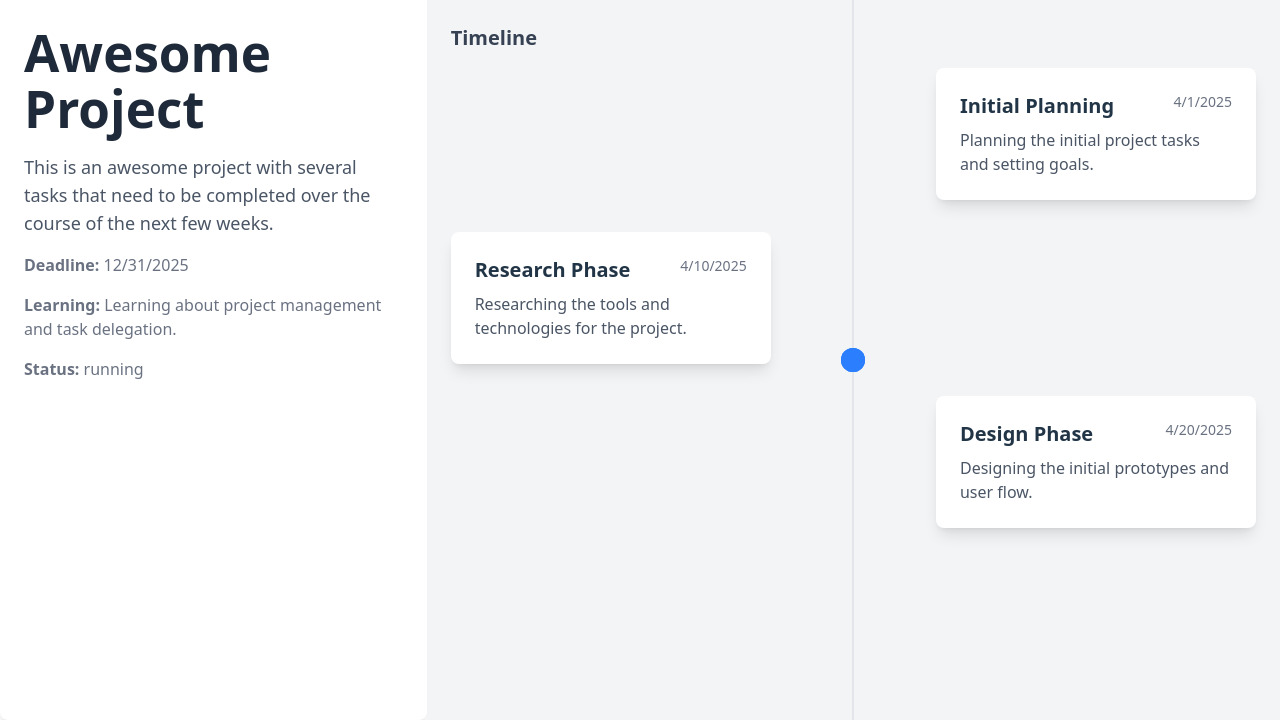
Repository: mohitagrawal0412/Workify
Page: /projectDetails (app in client/)
An editor plug-in stored every save of this project. The page is shown before and after the next save, followed by the edit.
The browser window is 1280 px wide. The pictures show the whole page.
The project was rebuilt for these pictures with package versions that can differ from the ones it lists, and the page was loaded fresh each time. Also part of the build but not shown: client/vite.config.js, client/src/Components/Dashboard/Dashboard.jsx, client/src/Components/Dashboard/AllProjects.jsx, client/src/Components/Dashboard/EntryDetails.jsx.

Above is the page before, as saved 2025-04-15 10:18:27.

After the next save:
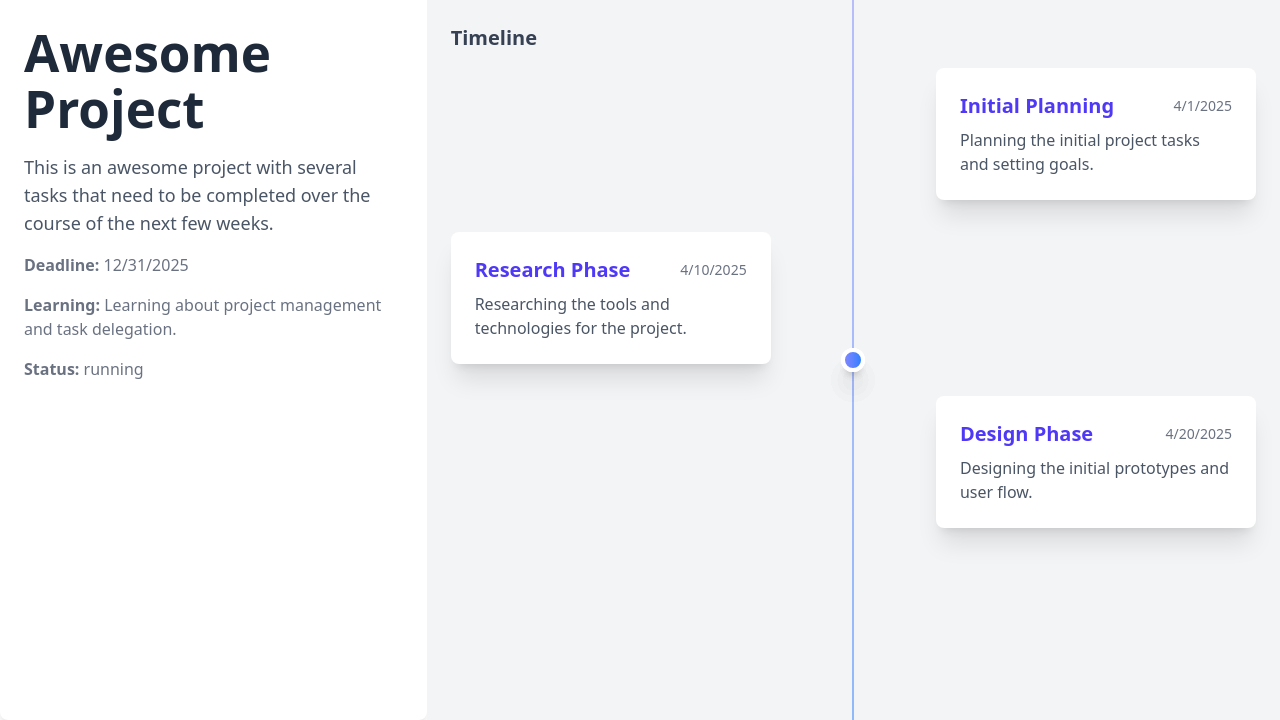
Saved 3 min 15 s later.
--- a/client/src/Components/Dashboard/ProjectDetails.jsx
+++ b/client/src/Components/Dashboard/ProjectDetails.jsx
@@ -42,9 +42,7 @@ const ProjectDetails = () => {
         <div className="min-h-screen flex">
             {/* Left Side: Project Details */}
             <div className="w-1/3 p-6 bg-white shadow-lg rounded-lg">
-                <h1 className="text-3xl font-bold text-gray-800 mb-4">
-                    {project.projectName}
-                </h1>
+                <h1 className="text-3xl font-bold text-gray-800 mb-4">{project.projectName}</h1>
                 <p className="text-lg text-gray-600">{project.description}</p>
                 <p className="text-gray-500 mt-4">
                     <strong>Deadline:</strong> {new Date(project.deadline).toLocaleDateString()}
@@ -62,22 +60,22 @@ const ProjectDetails = () => {
                 <h2 className="text-xl font-semibold text-gray-700 mb-4">Timeline</h2>
 
                 {/* Timeline Line */}
-                <div className="absolute top-0 left-1/2 transform -translate-x-1/2 w-px h-full bg-gray-300"></div>
+                <div className="absolute top-0 left-1/2 transform -translate-x-1/2 w-px h-full bg-gradient-to-b from-indigo-400 to-blue-500"></div>
 
                 {/* Timeline Entries */}
                 <div className="space-y-8">
                     {project.entries.map((entry, index) => (
                         <div
                             key={entry._id}
-                            className={`flex ${index % 2 === 0 ? "flex-row-reverse" : ""} items-center`}
+                            className={`flex ${index % 2 === 0 ? "flex-row-reverse" : ""} items-center transition-transform duration-300 ease-in-out`}
                             onClick={handleEntryClick}
                         >
                             {/* Entry Block */}
                             <div
-                                className="p-6 bg-white shadow-lg rounded-lg cursor-pointer hover:bg-gray-50 w-80"
+                                className="p-6 bg-white shadow-xl rounded-lg cursor-pointer hover:scale-105 transform transition-all duration-300 ease-in-out w-80 relative"
                             >
-                                <div className="flex justify-between">
-                                    <p className="text-xl font-bold">{entry.title}</p>
+                                <div className="flex justify-between items-center">
+                                    <p className="text-xl font-bold text-indigo-600">{entry.title}</p>
                                     <p className="text-sm text-gray-500">
                                         {new Date(entry.date).toLocaleDateString()}
                                     </p>
@@ -86,7 +84,7 @@ const ProjectDetails = () => {
                             </div>
 
                             {/* Timeline Marker */}
-                            <div className="w-6 h-6 bg-blue-500 rounded-full absolute left-1/2 transform -translate-x-1/2 top-1/2 -translate-y-1/2"></div>
+                            <div className="w-6 h-6 bg-gradient-to-r from-indigo-400 to-blue-500 rounded-full absolute left-1/2 transform -translate-x-1/2 top-1/2 -translate-y-1/2 shadow-xl border-4 border-white"></div>
                         </div>
                     ))}
                 </div>
